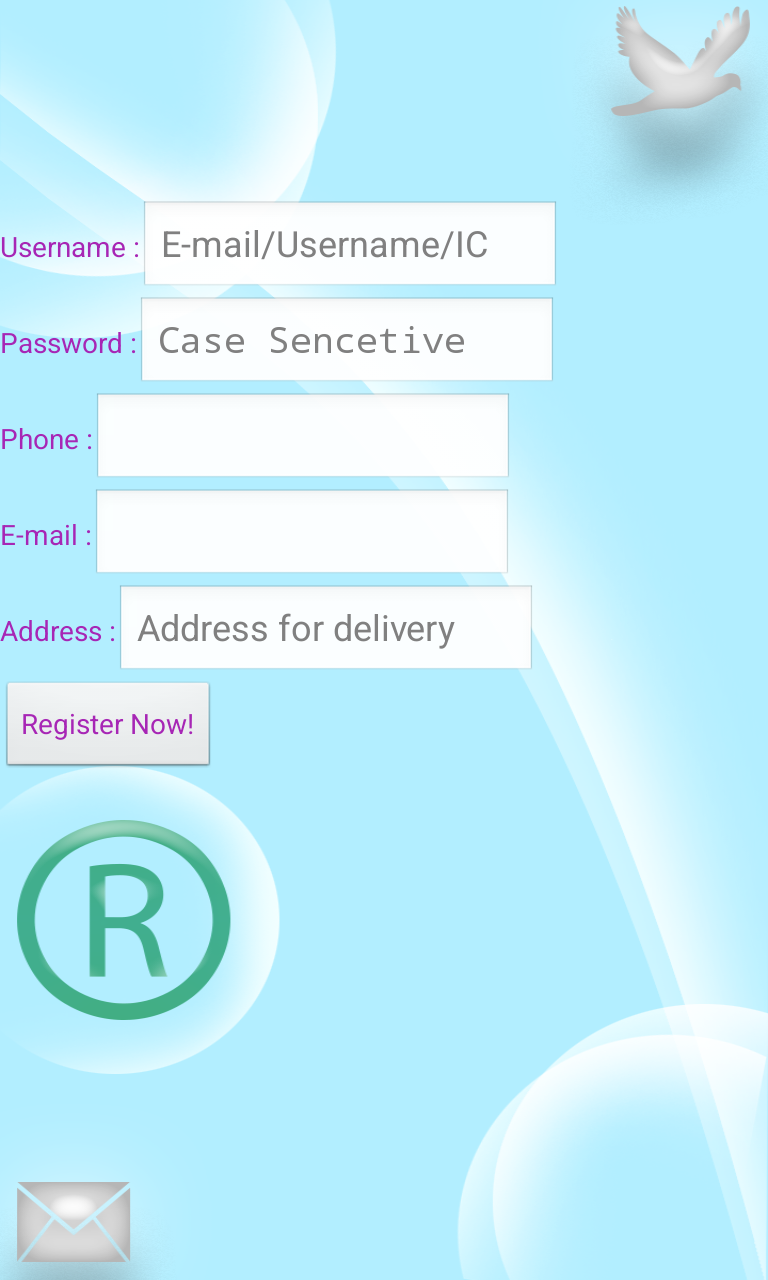
Repository: JodyCoolit/android
Layout: Delivery/res/layout/activity_signup.xml
The author's editor kept a copy of each file at every save. The layout is drawn from the files as they stood at one save, then again after the next save.
It is drawn on a 768 x 1280 px phone screen (xhdpi) without system bars, with theme android:Theme.Light.NoTitleBar.Fullscreen; the app's code is not run.

Above is the layout before, as saved 2014-08-26 07:00:54.

After the next save:
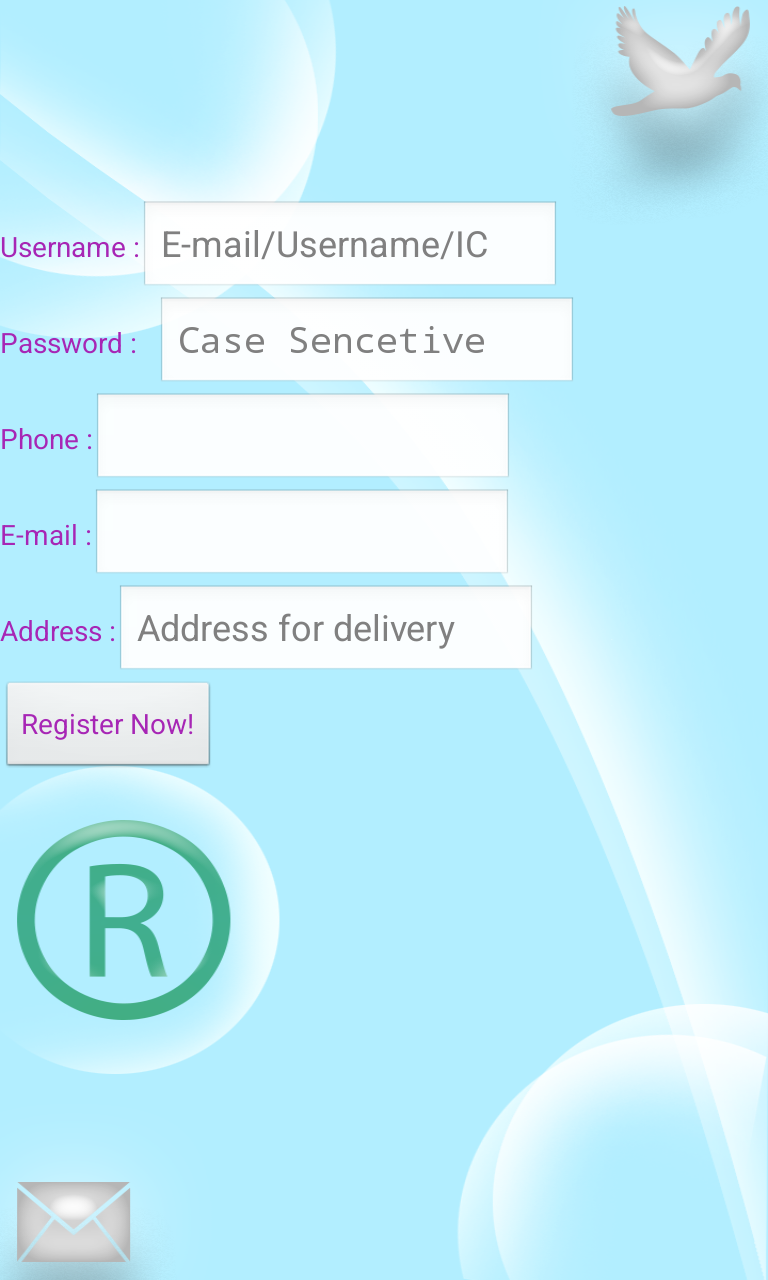
Saved 69 s later.
--- a/Delivery/res/layout/activity_signup.xml
+++ b/Delivery/res/layout/activity_signup.xml
@@ -43,6 +43,7 @@
 		    android:id="@+id/et_signup_password"
 		    android:layout_width="wrap_content"
 		    android:layout_height="wrap_content"
+		    android:layout_marginLeft="10sp"
 		    android:ems="10"
 		    android:inputType="textPassword"
 		    android:hint="@string/hint_signup_password"

After the save that followed:
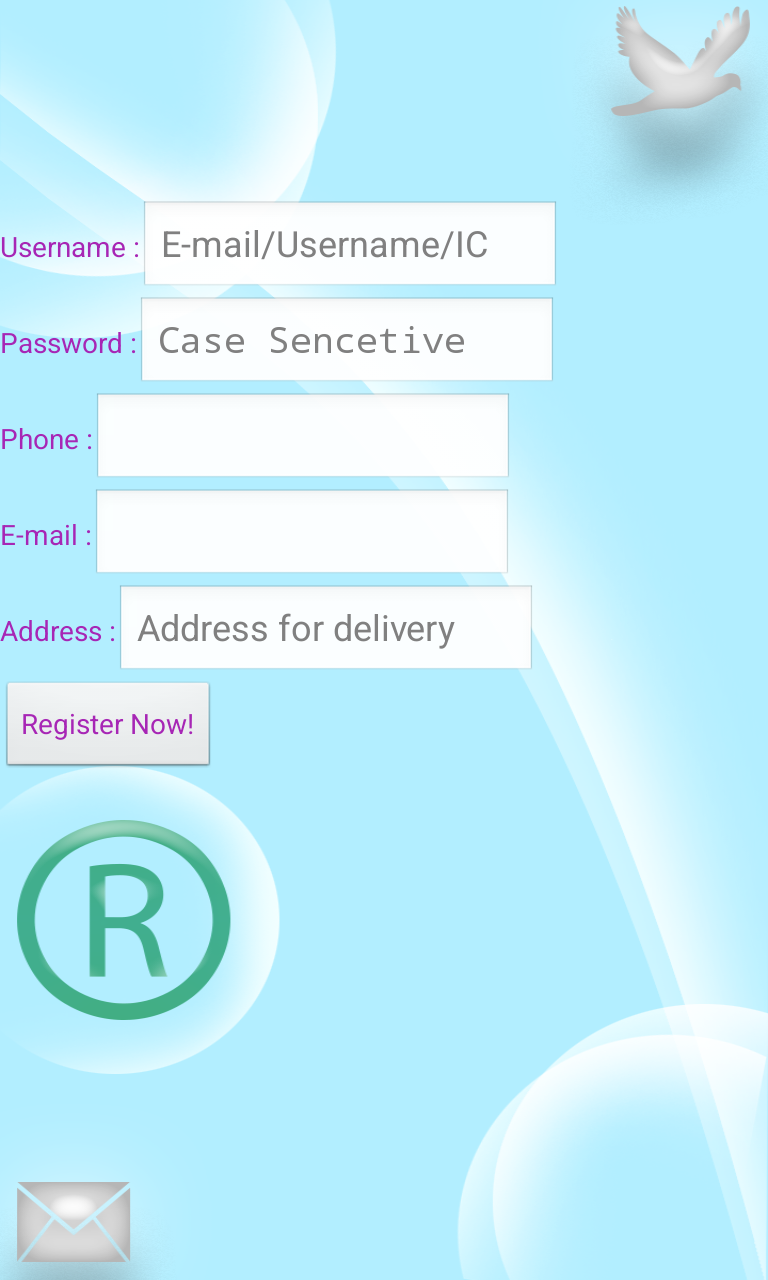
Saved 17 s later.
--- a/Delivery/res/layout/activity_signup.xml
+++ b/Delivery/res/layout/activity_signup.xml
@@ -43,7 +43,6 @@
 		    android:id="@+id/et_signup_password"
 		    android:layout_width="wrap_content"
 		    android:layout_height="wrap_content"
-		    android:layout_marginLeft="10sp"
 		    android:ems="10"
 		    android:inputType="textPassword"
 		    android:hint="@string/hint_signup_password"
